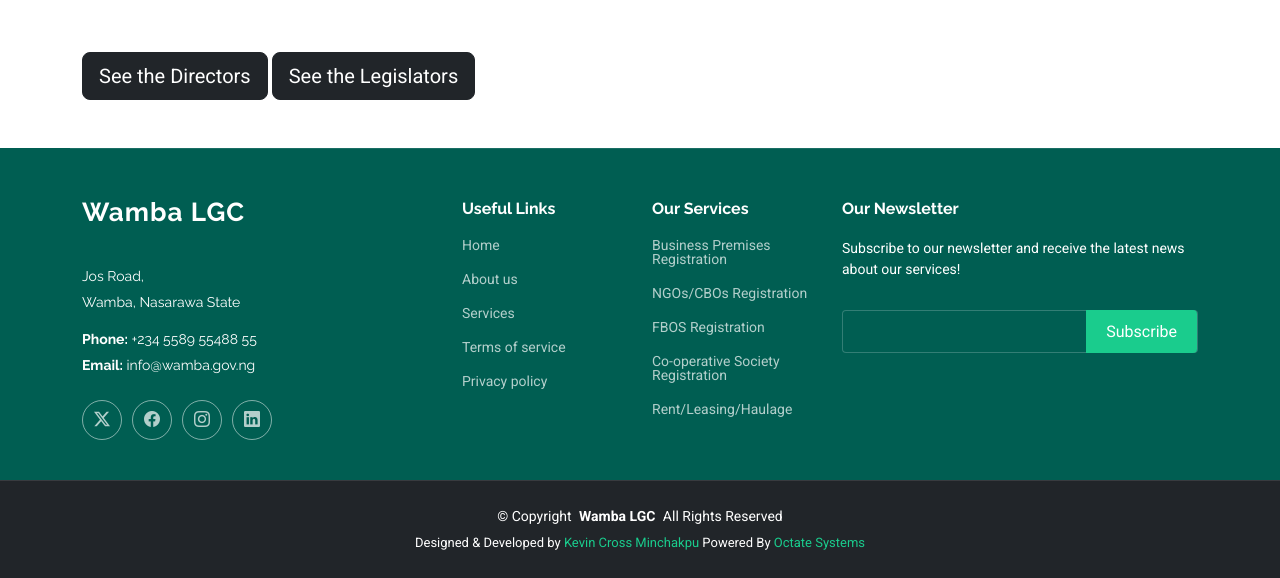
Repository: GlorifiedIntel/wamba-lgc
Page: leadership.html
The author's editor kept a copy of each file at every save. The page is drawn from the files as they stood at one save, then again after the next save.
The browser window is 1280 px wide. The pictures show the part of the page from y = 1682 to 2260 px (the page is 2260 px tall).
A picture or video elsewhere on the page could not be fetched, so the positions and the page height are approximate.

Above is the page before, as saved 2025-02-06 04:33:31.
Console error: TypeError: Cannot read properties of null (reading 'click')

After the next save:
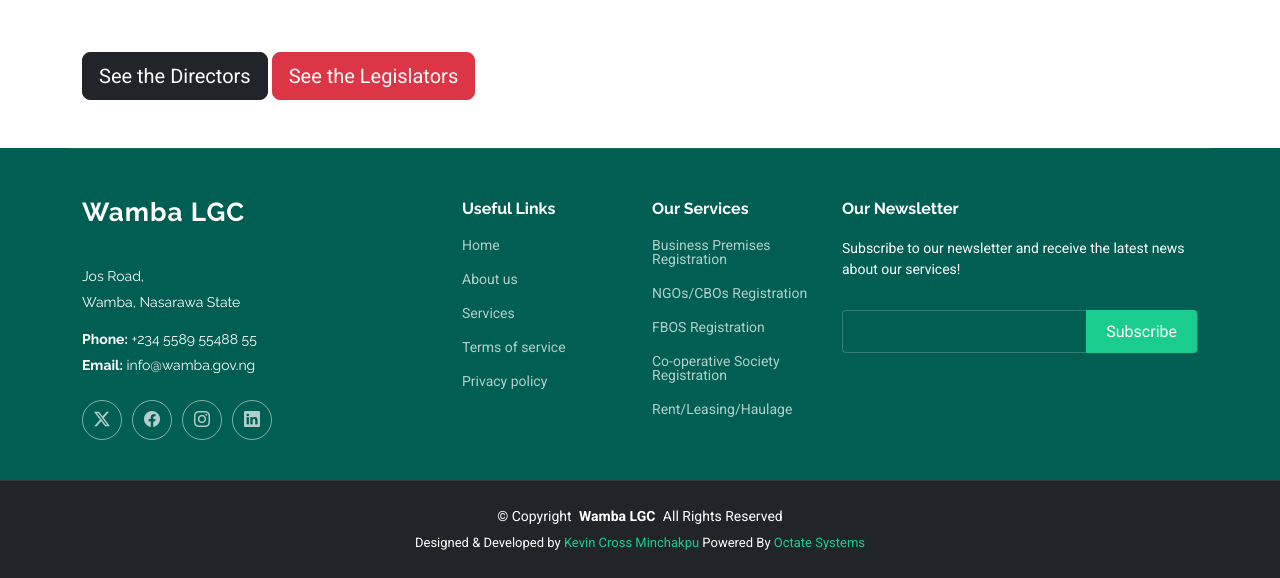
Saved 11 s later.
--- a/leadership.html
+++ b/leadership.html
@@ -169,7 +169,7 @@
       </div>
 
       <a class="btn btn-dark btn-lg mb-5 mt-5 mtii-hover" href="directors.html" role="button">See the Directors</a>
-      <a class="btn btn-dark btn-lg mb-5 mt-5 mtii-hover" href="directors.html" role="button">See the Legislators</a>
+      <a class="btn btn-danger btn-lg mb-5 mt-5 mtii-hover" href="directors.html" role="button">See the Legislators</a>
     </main>
   <!--Main End-->
 
